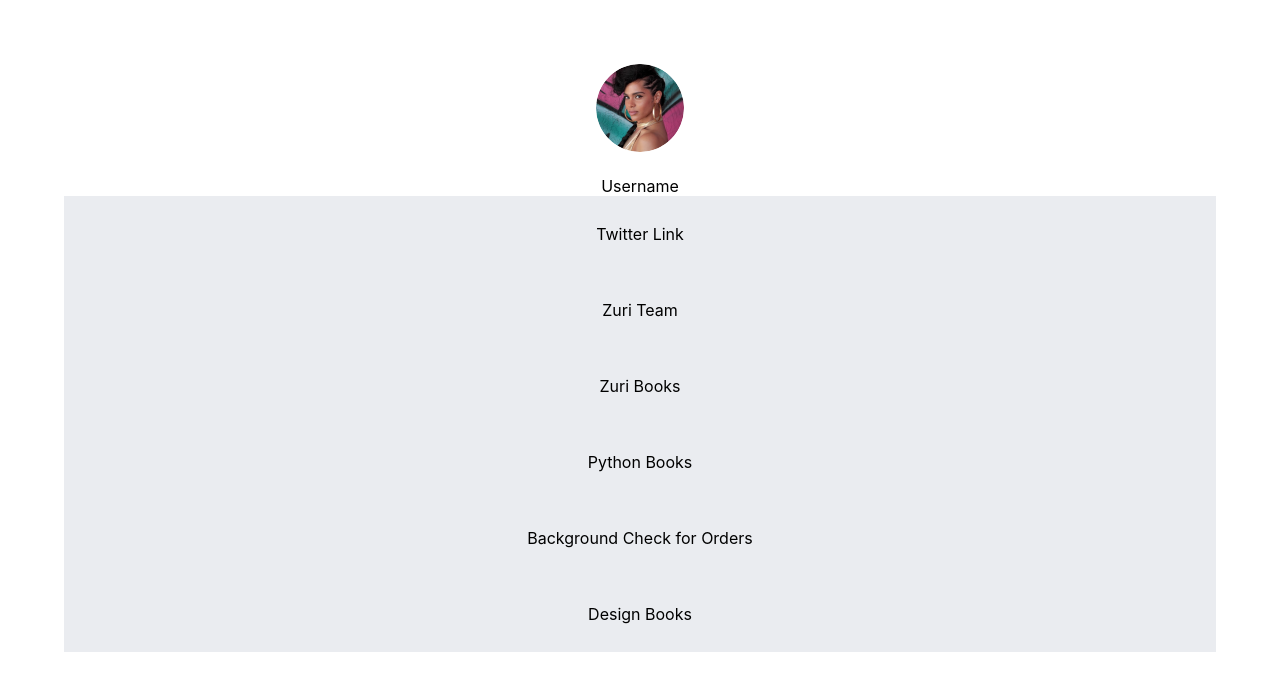
Repository: uh-sman/Zuri-task-one
Page: /
These files come from the project's save history. The page is drawn as it stood at one moment and after the next save; the edit follows.
The browser window is 1280 px wide. The pictures show the whole page.
The project was rebuilt for these pictures with package versions that can differ from the ones it lists, and the page was loaded fresh each time.

Above is the page before, as saved 2022-10-23 19:21:59.

### src/App.js
import "./App.css";
import Home from "./Components/Home";

function App() {
  return (
    <div className="App">
      <Home />
    </div>
  );
}

export default App;

### src/Components/Home.js
import React from "react";
import Body from "./Body";

import Dashboard from "./Dashboard";
const Home = () => {
  return (
    <div>
      <Dashboard />
      <Body />
    </div>
  );
};

export default Home;

### src/Components/Body.js
import { useState } from "react";
import "./body.css";
import { data } from "../dummy";
const Body = () => {
  //   const [data, setData] = useState([]);

  return (
    <div>
      {data.map(({ id, title, description, link }) => (
        <div key={id} className="body-container">
          <div className="box">
            <a>{title}</a>
          </div>
        </div>
      ))}
    </div>
  );
};

export default Body;

### src/Components/Dashboard.js
import React from "react";
import profile from "./assets/profile.png";
import "./dashboard.css";
const Dashboard = () => {
  return (
    <div className="dashboard">
      <div className="dashboard-container">
        <img className="image" src={profile} />
        <div className="text-section">
          <p>Username{}</p>
        </div>
      </div>
    </div>
  );
};

export default Dashboard;

### src/Components/body.css
.body-container {
  display: flex;
  flex-direction: column;
  align-items: center;
  padding: 0px;
  gap: 24px;
  /* isolation: isolate; */
}
.box {
  display: flex;
  flex-direction: row;
  justify-content: center;
  align-items: center;
  padding: 24px 32px;
  gap: 8px;
  background-color: #eaecf0;
  width: 1152px;
  height: 76px;
}

### src/dummy.js
export const data = [
  {
    id: "",
    title: "Twitter Link",
    link: "",
  },
  {
    id: "btn_zuri",
    title: "Zuri Team",
    description: "",
    link: "https://training.zuri.team/",
  },
  {
    id: "books",
    title: "Zuri Books",
    description: "",
    link: "http://books.zuri.team ",
  },
  {
    id: " book_python",
    title: "Python Books",
    description: "https://books.zuri.team",
    link: "",
  },
  {
    id: "pitch",
    title: "Background Check for Orders",
    description: "",
    link: " https://background.zuri.team",
  },
  {
    id: "book__design",
    title: "Design Books",
    description: "",
    link: "https://books.zuri.team/design-rules",
  },
];

### src/Components/dashboard.css
/* .dashboard {
  background-color: red;
  width: 100px;
  height: 100px;
} */
.dashboard-container {
  display: flex;
  flex-direction: column;
  justify-content: center;
  margin: auto;
  align-items: center;
}
.image {
  height: 88px;
  width: 88px;
  left: 532px;
  top: 0px;
  border-radius: 275px;
  margin-top: 64px;
}
.text-section {
  margin-top: 24px;
}

Loaded but not shown: public/index.html (common file); src/index.js (common file); src/index.css (common file); src/reportWebVitals.js (common file); src/App.css (common file)

After the next save:
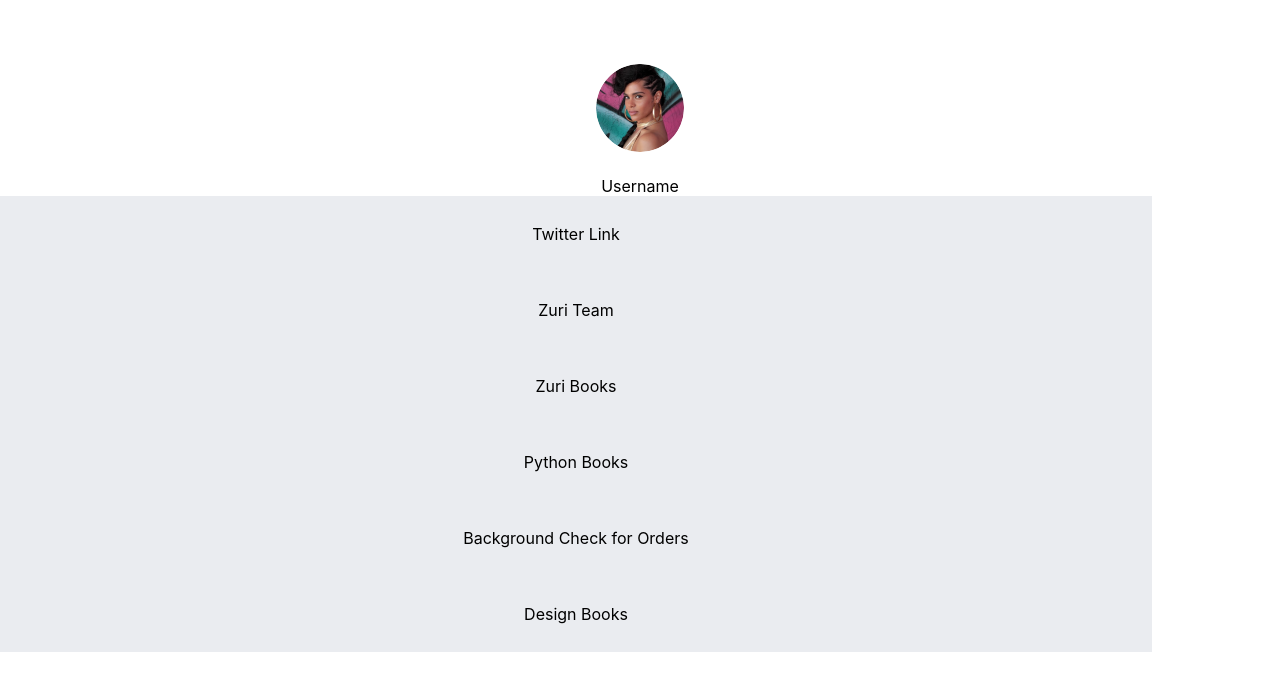
Saved 20 s later.
--- a/src/Components/body.css
+++ b/src/Components/body.css
@@ -1,12 +1,4 @@
 .body-container {
-  display: flex;
-  flex-direction: column;
-  align-items: center;
-  padding: 0px;
-  gap: 24px;
-  /* isolation: isolate; */
-}
-.box {
   display: flex;
   flex-direction: row;
   justify-content: center;
@@ -17,3 +9,5 @@
   width: 1152px;
   height: 76px;
 }
+.box {
+}

After the 2 saves that followed:
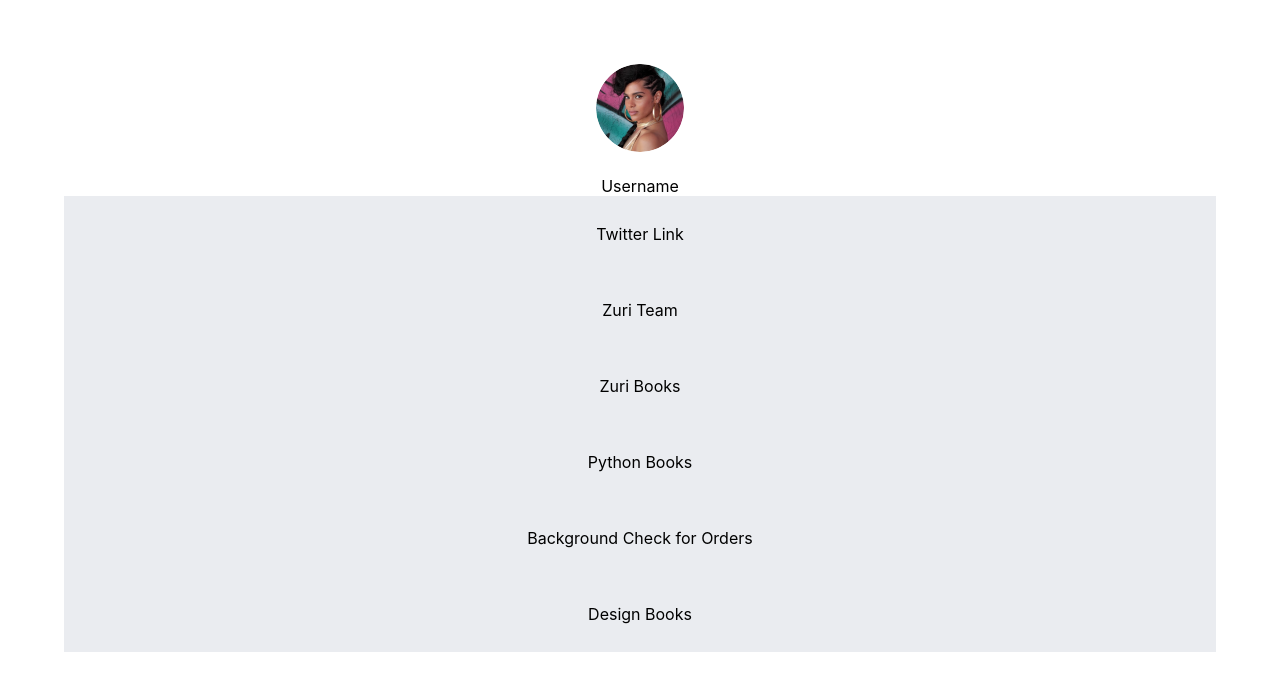
The 2 saves are shown as one change because 1 left the picture as it was.
The last was saved 36 s later.
--- a/src/Components/body.css
+++ b/src/Components/body.css
@@ -1,4 +1,12 @@
 .body-container {
+  display: flex;
+  flex-direction: column;
+  align-items: center;
+  padding: 0px;
+  gap: 24px;
+  /* isolation: isolate; */
+}
+.box {
   display: flex;
   flex-direction: row;
   justify-content: center;
@@ -9,5 +17,3 @@
   width: 1152px;
   height: 76px;
 }
-.box {
-}
